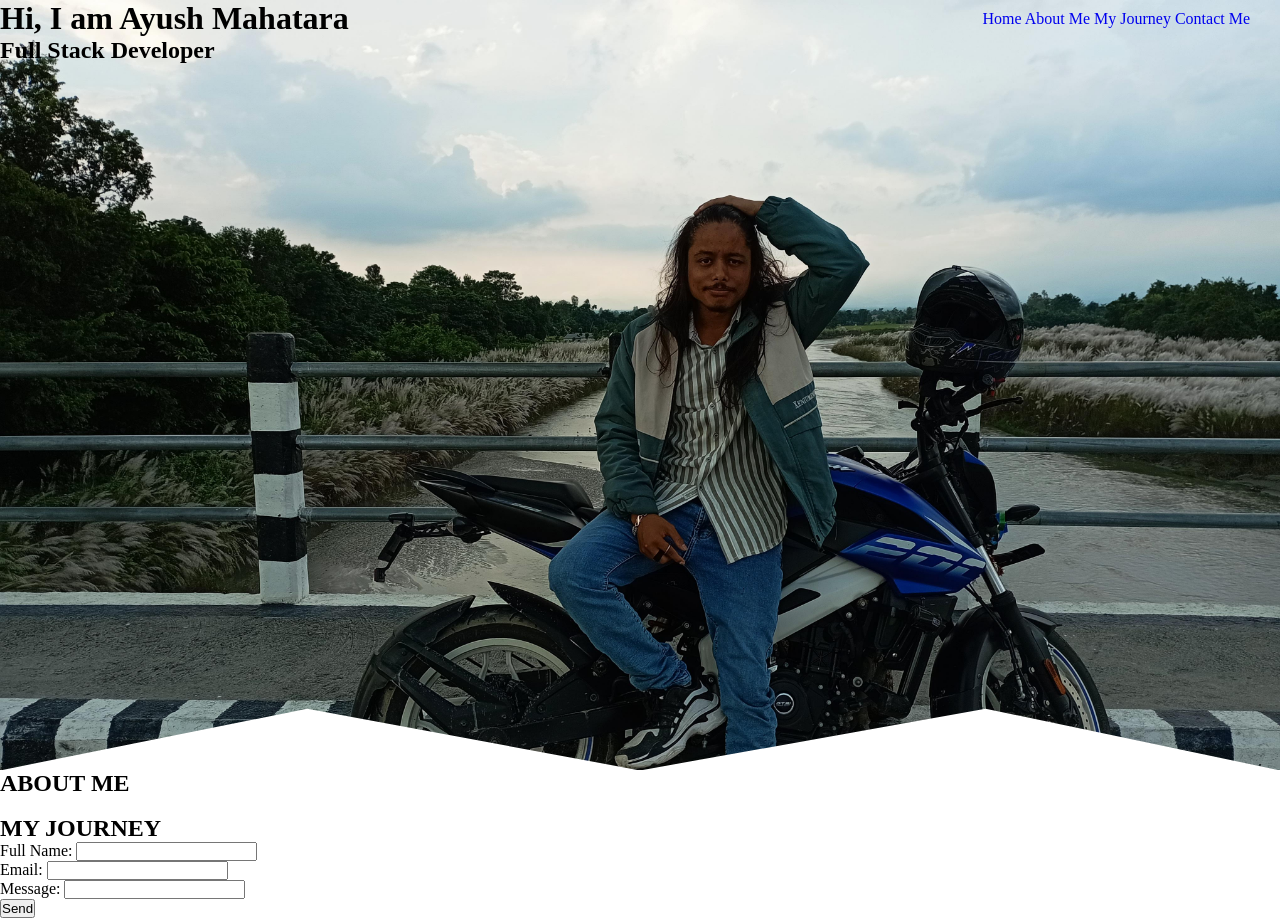
Repository: AyushMahatara/personal-website
Page: New folder/index.html
The author's editor kept a copy of each file at every save. The page is drawn from the files as they stood at one save, then again after the next save.
The browser window is 1280 px wide. The pictures show the whole page.
Backgrounds fixed to the window are drawn as part of the page.

Above is the page before, as saved 2023-07-19 22:49:11.

### New folder/index.html
<!DOCTYPE html>
<html lang="en">
  <head>
    <meta charset="UTF-8" />
    <meta name="viewport" content="width=device-width, initial-scale=1.0" />
    <title>GA</title>
  </head>

  <style>
    * {
      margin: 0;
      padding: 0;
      text-decoration: none;
    }
    header {
      background-image: url("/background.jpg");
      background-size: cover;
      background-position: top;
      background-repeat: no-repeat;
      background-attachment: fixed;
      width: 100%;
      height: 107vh;
      position: relative;
      clip-path: polygon(
        0 0,
        0 100%,
        24% 92%,
        50% 100%,
        77% 92%,
        100% 100%,
        100% 0
      );

      overflow: hidden;
    }

    nav {
      float: right;
      padding: 10px 20px;
      margin: 0 10px;
    }
  </style>
  <body>
    <header>
      <div class="first">
        <div>
          <nav>
            <a href="#">Home</a>
            <a href="#">About Me</a>
            <a href="#">My Journey</a>
            <a href="#">Contact Me</a>
            <!-- <a href="#">Home</a> -->
          </nav>
        </div>
        <div>
          <h1>Hi, I am Ayush Mahatara</h1>
          <h2>Full Stack Developer</h2>
          <img src="" alt="" />
        </div>
      </div>
    </header>
    <div class="second">
      <h2>ABOUT ME</h2>
      <div class="profilePic">
        <img src="" alt="" />
      </div>
      <div class="aboutMe"></div>
    </div>

    <div class="third">
      <h2>MY JOURNEY</h2>
      <div class="experience"></div>
    </div>

    <div class="contactMe">
      <div>
        <form action="">
          <div>
            <label for="">Full Name:</label>
            <input type="text" />
          </div>
          <div>
            <label for="">Email:</label>
            <input type="email" required />
          </div>
          <div>
            <label for="">Message:</label>
            <input type="textarea" />
            <div>
              <button type="submit">Send</button>
            </div>
          </div>
        </form>
      </div>
    </div>

    <footer>
      <div>
        <div>
          <a href=""></a>
          <a href=""></a>
        </div>
      </div>
    </footer>
  </body>
</html>

After the next save:
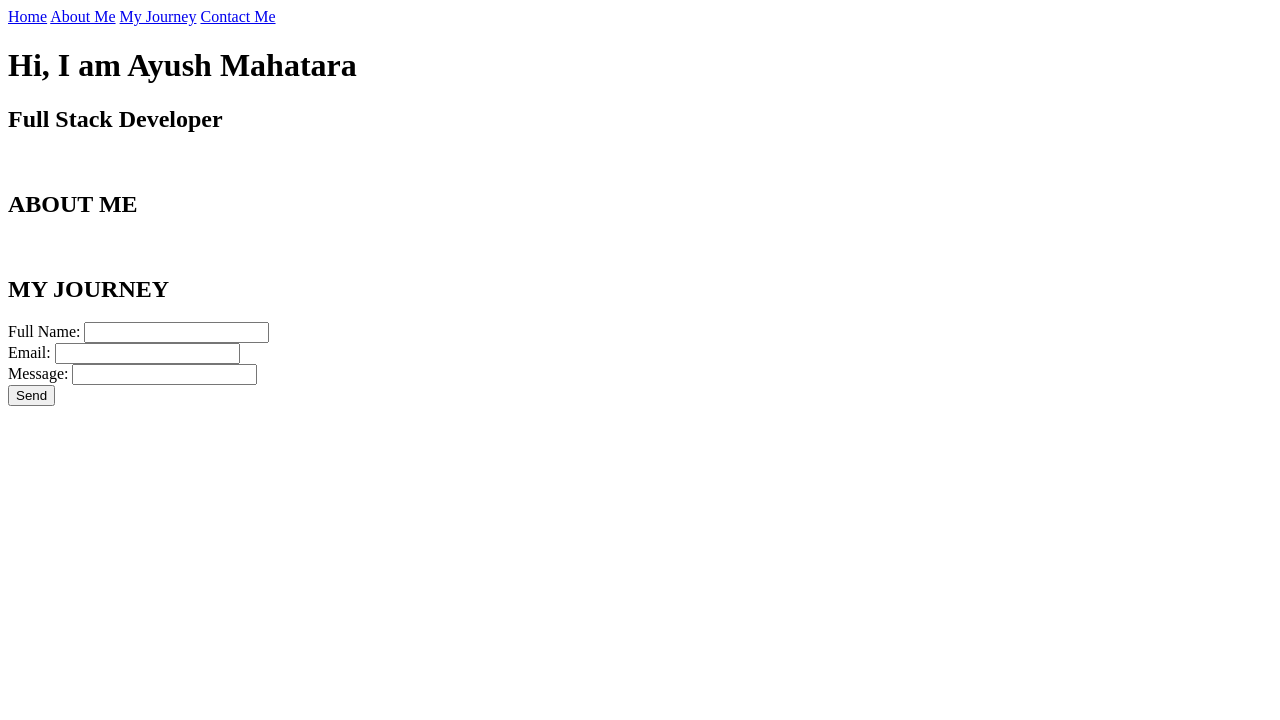
Saved 22 s later.
--- a/New folder/index.html
+++ b/New folder/index.html
@@ -3,43 +3,11 @@
   <head>
     <meta charset="UTF-8" />
     <meta name="viewport" content="width=device-width, initial-scale=1.0" />
+    <link rel="stylesheet" href="" />
     <title>GA</title>
   </head>
 
-  <style>
-    * {
-      margin: 0;
-      padding: 0;
-      text-decoration: none;
-    }
-    header {
-      background-image: url("/background.jpg");
-      background-size: cover;
-      background-position: top;
-      background-repeat: no-repeat;
-      background-attachment: fixed;
-      width: 100%;
-      height: 107vh;
-      position: relative;
-      clip-path: polygon(
-        0 0,
-        0 100%,
-        24% 92%,
-        50% 100%,
-        77% 92%,
-        100% 100%,
-        100% 0
-      );
-
-      overflow: hidden;
-    }
-
-    nav {
-      float: right;
-      padding: 10px 20px;
-      margin: 0 10px;
-    }
-  </style>
+  <style></style>
   <body>
     <header>
       <div class="first">

After the 4 saves that followed:
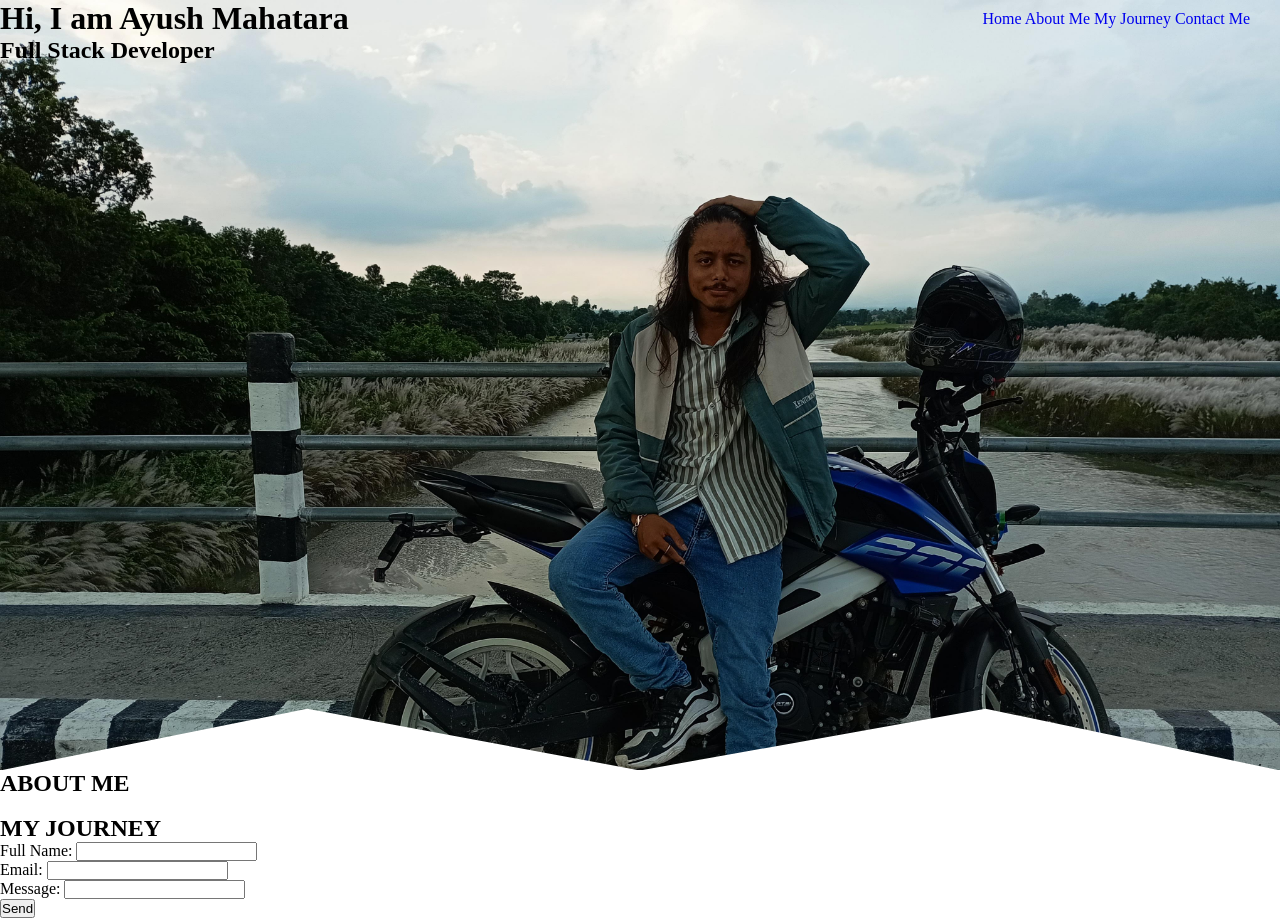
The 4 saves are shown as one change because 2 left the picture as it was and some came seconds apart.
The last was saved 15 s later.
--- a/New folder/index.html
+++ b/New folder/index.html
@@ -3,7 +3,7 @@
   <head>
     <meta charset="UTF-8" />
     <meta name="viewport" content="width=device-width, initial-scale=1.0" />
-    <link rel="stylesheet" href="" />
+    <link rel="stylesheet" href="/style.css" />
     <title>GA</title>
   </head>
 
--- /dev/null
+++ b/New folder/style.css
@@ -0,0 +1,32 @@
+* {
+  margin: 0;
+  padding: 0;
+  text-decoration: none;
+}
+header {
+  background-image: url("/background.jpg");
+  background-size: cover;
+  background-position: top;
+  background-repeat: no-repeat;
+  background-attachment: fixed;
+  width: 100%;
+  height: 107vh;
+  position: relative;
+  clip-path: polygon(
+    0 0,
+    0 100%,
+    24% 92%,
+    50% 100%,
+    77% 92%,
+    100% 100%,
+    100% 0
+  );
+
+  overflow: hidden;
+}
+
+nav {
+  float: right;
+  padding: 10px 20px;
+  margin: 0 10px;
+}
